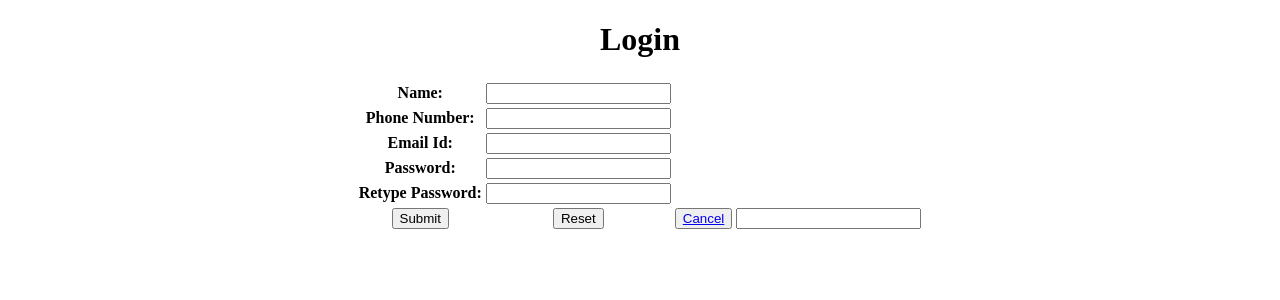
Repository: Sourabhmag/week-5
Page: http://localhost/LoginApp/register.jsp
An editor plug-in stored every save of this project. The page is shown before and after the next save, followed by the edit.
The browser window is 1280 px wide. The pictures show the whole page.
The page is served by Tomcat 9.

Above is the page before, as saved 2019-11-06 11:10:35.

After the next save:
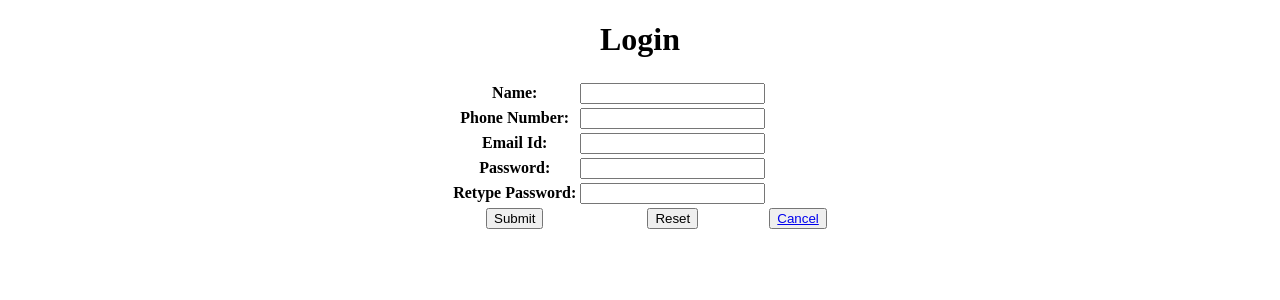
Saved 27 s later.
--- a/LoginApp/WebContent/register.jsp
+++ b/LoginApp/WebContent/register.jsp
@@ -22,7 +22,6 @@
 			<th ><input type="submit" name="submit"></th>
 			<th ><input type="reset" name="Clear"></th>
 			<th><button><a href="login.jsp"> Cancel </a></button></th>
-			<th ><input type="" name="Clear"></th>
 		</tr>
 	</table>
 	</form>
